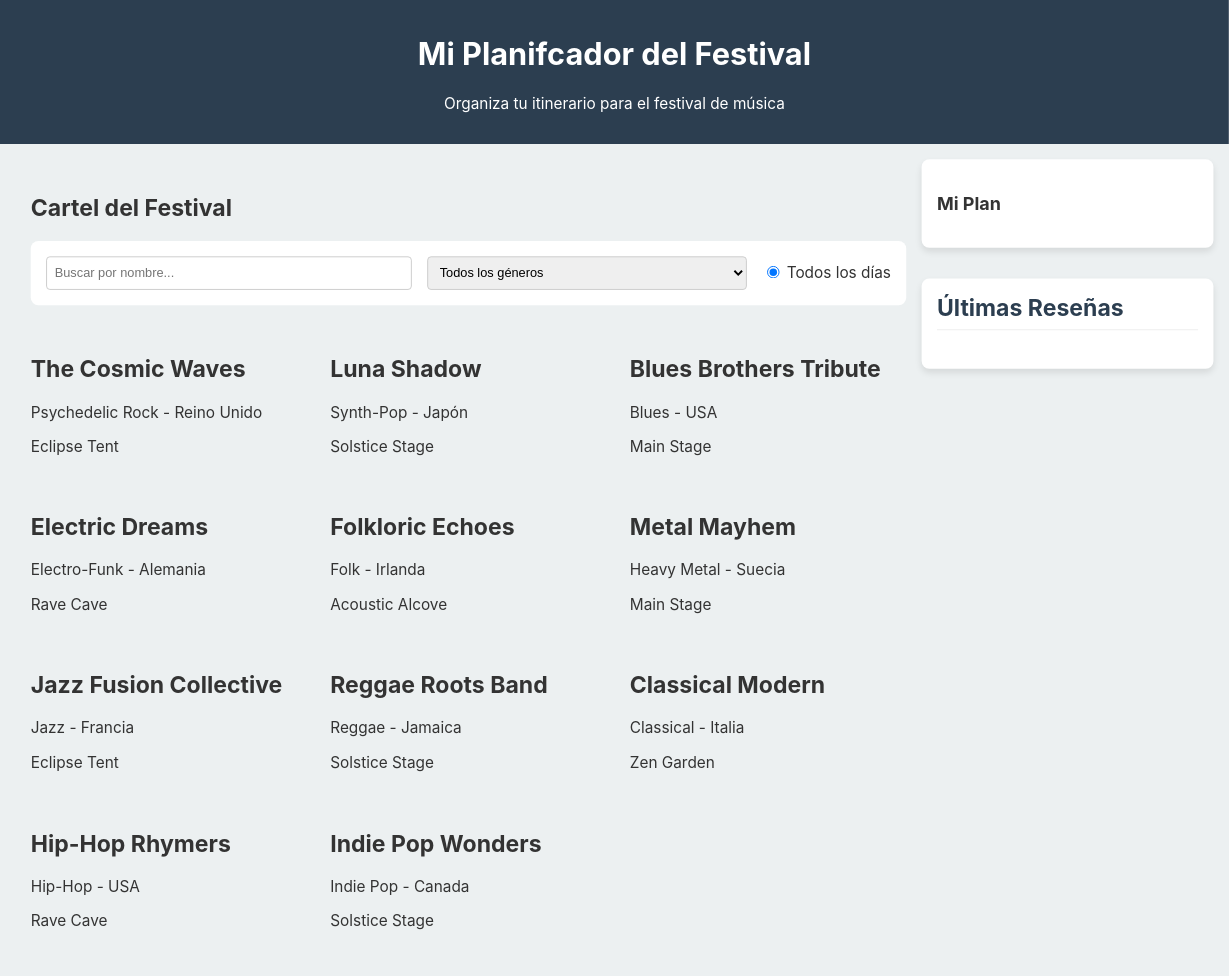
Repository: covaa15/DWEC
Page: Examen12_12_2025/index.html
An editor plug-in stored every save of this project. The page is shown before and after the next save, followed by the edit.
The browser window is 1280 px wide. The pictures show the whole page, at 96% of full size.

Above is the page before, as saved 2025-12-12 12:01:22.

After the next save:
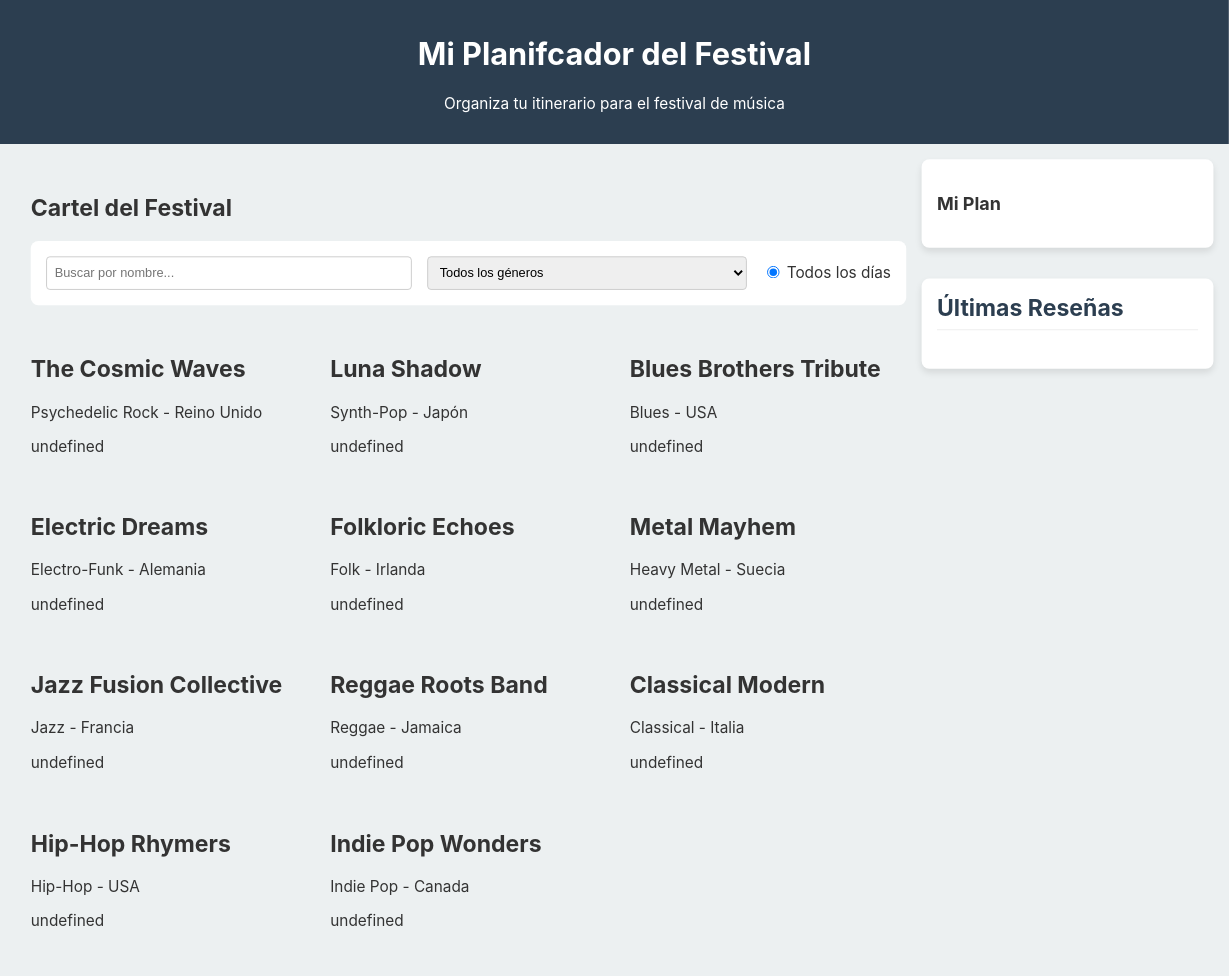
Saved 98 s later.
--- a/Examen12_12_2025/js/main.js
+++ b/Examen12_12_2025/js/main.js
@@ -54,6 +54,7 @@
         <h2>${artista.nombre}</h2>
         <p>${artista.genero} - ${artista.pais}</p>
         <div>
+
              <p> ${escenario}</p>
         </div>
 
@@ -75,12 +76,12 @@
 }
 
 function obtenerHorario(idArtista) {
-    let artista;
+    let horarioArtista;
     horarios.forEach(horario => {
 
         if (horario.artistaId === idArtista)
-            artista=horario.escenarioId;
+            horarioArtista=horario;
 
     });
-    return artista ;
+    return horarioArtista ;
 }

After the 2 saves that followed:
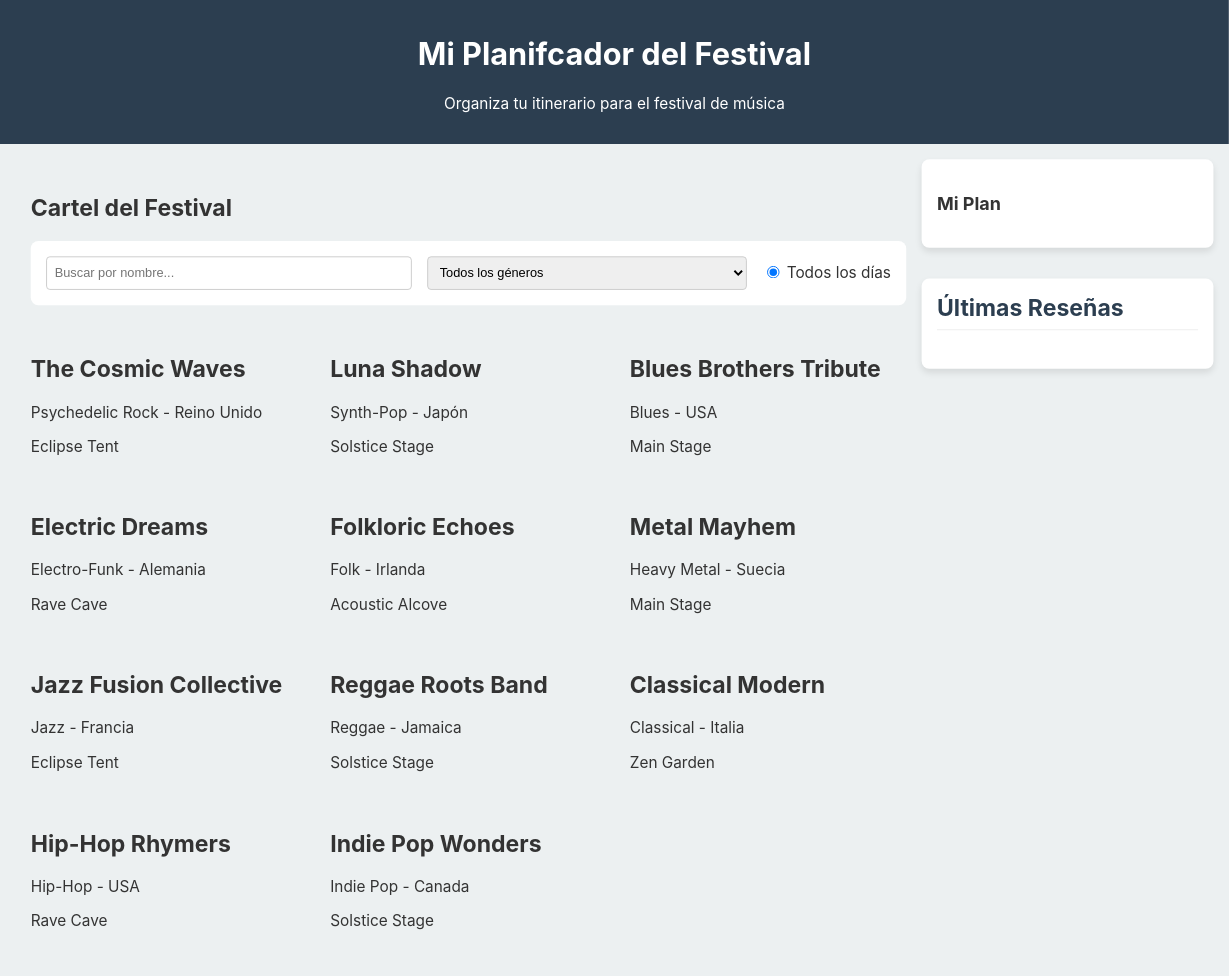
The 2 saves are shown as one change because 1 left the picture as it was.
The last was saved 55 s later.
--- a/Examen12_12_2025/js/main.js
+++ b/Examen12_12_2025/js/main.js
@@ -48,6 +48,10 @@
     artistas.forEach(artista => {
         const card = document.createElement('div');
         card.classList.add(".artist-card")
+
+
+
+
         let escenario=obtenerEscenario(artista.id);
         let horario=obtenerHorario(artista.id);
         card.innerHTML = `
@@ -67,9 +71,9 @@
 
 function obtenerEscenario(idArtista) {
     let nombreEscenario;
-    const idEscenario = obtenerHorario(idArtista);
+    const horario = obtenerHorario(idArtista);
     escenarios.forEach(escenario => {
-        if (escenario.id === idEscenario)
+        if (escenario.id === horario.escenarioId)
             nombreEscenario= escenario.nombre;
     });
     return nombreEscenario;
